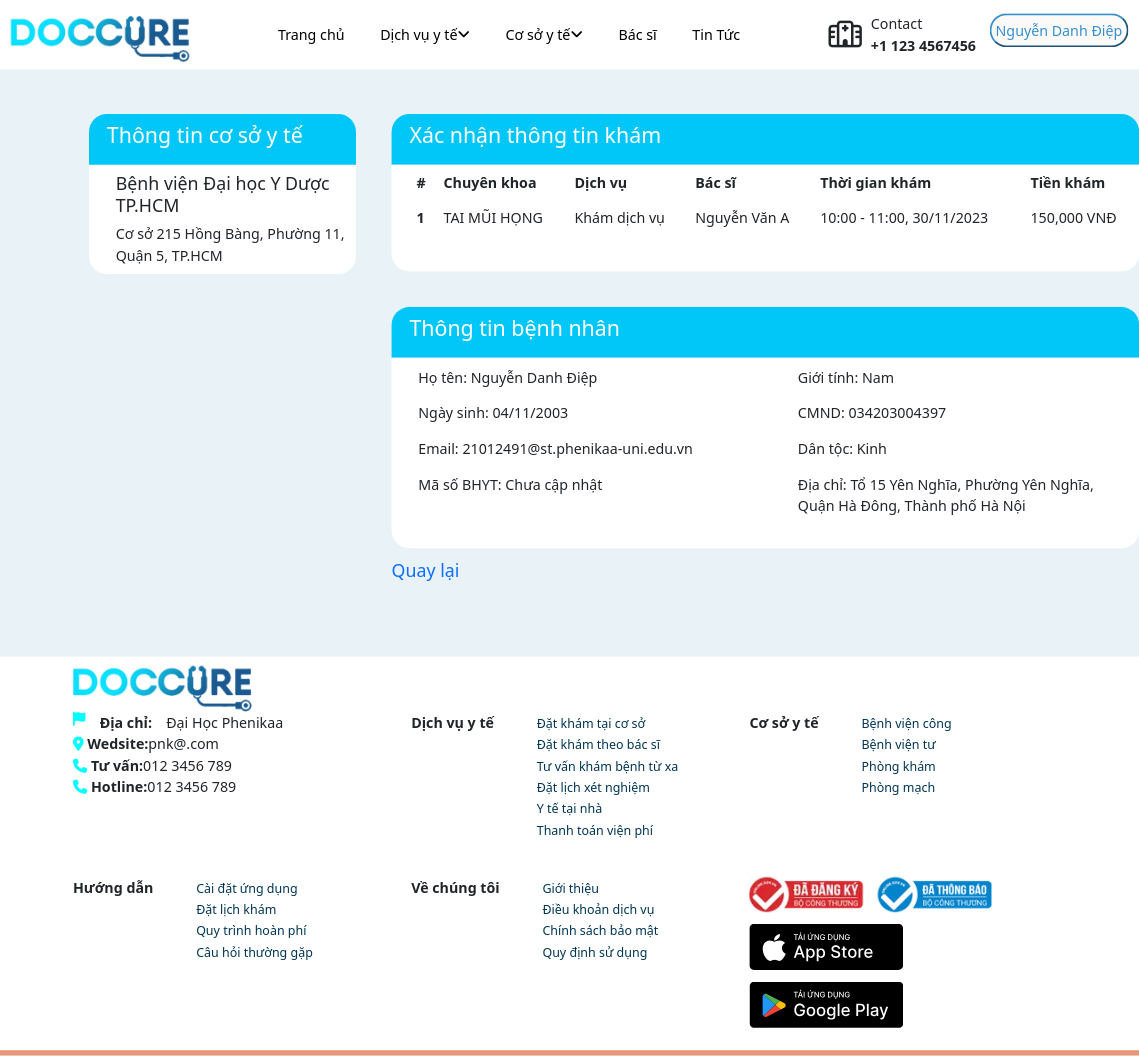
Repository: tuanminhh03/DACS-Complete
Page: http://localhost/web-user/lichkhamuser.php
These files come from the project's save history. The page is drawn as it stood at one moment and after the next save; the edit follows.
The browser window is 1280 px wide. The pictures show the whole page, at 89% of full size.
The page is run by PHP 8.4 with error messages shown; the project is at /var/www/html/.

Above is the page before, as saved 2023-11-11 17:57:47.

After the next save:
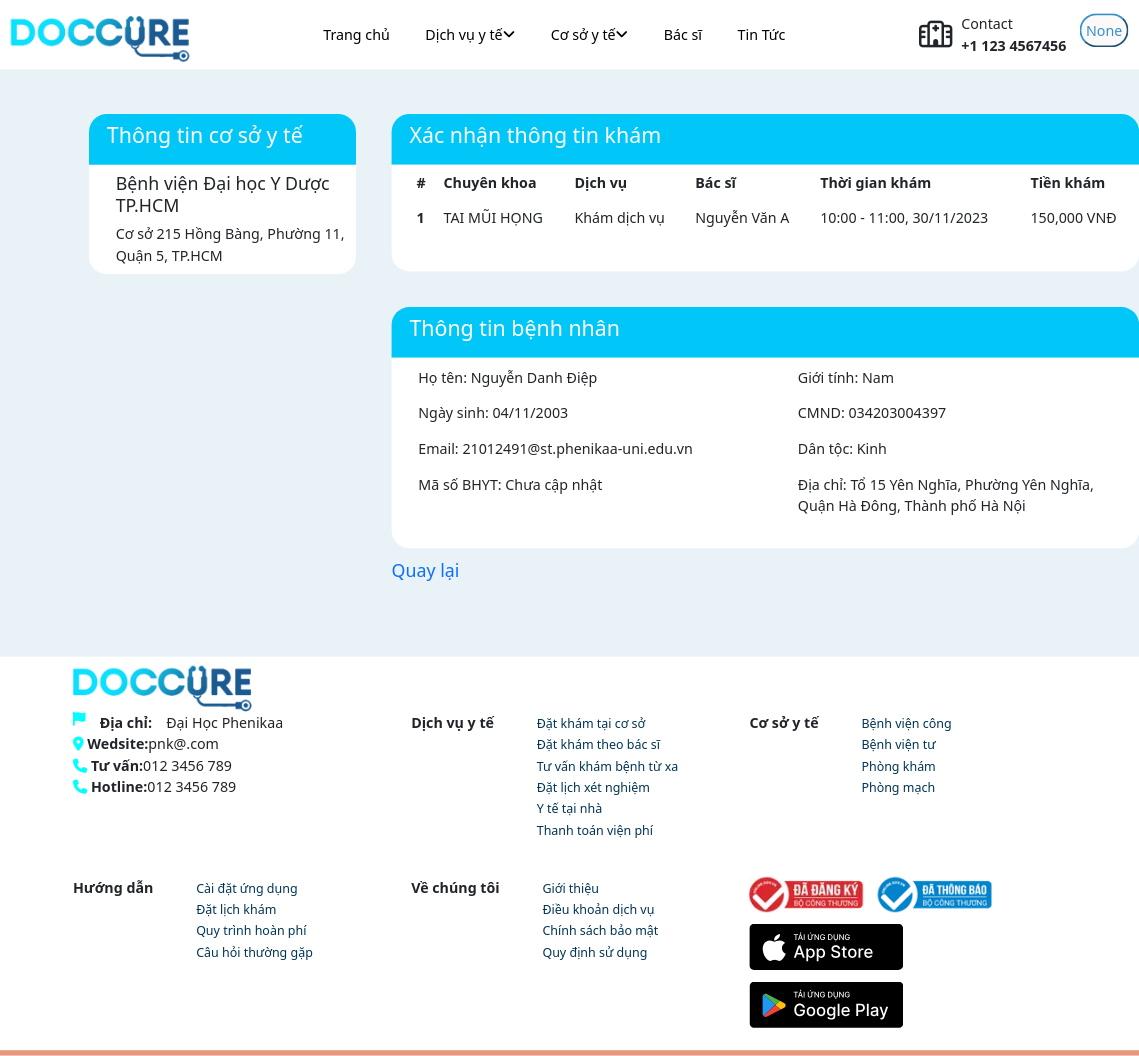
Saved 15 s later.
--- a/web-user/lichkhamuser.php
+++ b/web-user/lichkhamuser.php
@@ -1,5 +1,6 @@
 <!DOCTYPE html>
 <html lang="en">
+
 <head>
     <meta charset="UTF-8">
     <meta name="viewport" content="width=device-width, initial-scale=1.0">
@@ -9,6 +10,7 @@
     <link rel="stylesheet" href="./assest/css/xacnhan.css">
     <title>Document</title>
 </head>
+
 <body>
     <!-- Header -->
     <header class="doccure_header">
@@ -29,11 +31,11 @@
                         <li class="menu_item">
                             <a href="service.html">Dịch vụ y tế<i class="fa-solid fa-angle-down"></i></a>
                             <div class="subnav" style="width: 160px;">
-                                    <a href="./service.html">Đặt khám tại cơ sở</a>
-                                    <a href="./service2.html">Đặt khám theo bác sĩ</a>
-                                    <a href="#">Tư vấn khám bệnh từ xa</a>
-                                    <a href="./service3.html">Đặt lịch xét nghiệm</a>
-                                    <a href="#">Y tế tại nhà</a>
+                                <a href="./service.html">Đặt khám tại cơ sở</a>
+                                <a href="./service2.html">Đặt khám theo bác sĩ</a>
+                                <a href="#">Tư vấn khám bệnh từ xa</a>
+                                <a href="./service3.html">Đặt lịch xét nghiệm</a>
+                                <a href="#">Y tế tại nhà</a>
                             </div>
                         </li>
                         <li class="menu_item">
@@ -62,13 +64,27 @@
                                 <p class="contact_info_header"><b>+1 123 4567456</b></p>
                             </div>
                             <div class="style_user">
-                                <button class="user">Nguyễn Danh Điệp</button>
+                                <button class="user">
+                                    <?php
+                                    session_start();
+                                    if (isset($_SESSION["username"])) {
+                                        echo $_SESSION["username"];
+                                    } else {
+                                        echo "None";
+                                    }
+                                    ?>
+                                </button>
                                 <div class="subnav">
-                                    <a href="./thongtincanhan.html"><i class="fa-solid fa-address-card" style="margin-right: 15px;"></i>Hồ Sơ Bệnh Nhân</a>
-                                    <a href="./lichkhamuser.html"><i class="fa-solid fa-calendar-days" style="margin-right: 15px;"></i>Lịch Khám Bệnh</a>
-                                    <a href="#"><i class="fa-solid fa-bell" style="margin-right: 15px;"></i>Thông báo</a>
-                                    <a href="./updatehosobenhan.html"><i class="fa-solid fa-pen-to-square" style="margin-right: 15px;"></i>Cập nhập hồ sơ</a>
-                                    <a href="#" style="color: #e10e0e;"><i class="fa-solid fa-right-from-bracket" style="color: #e10e0e;margin-right: 15px;"></i>Đăng xuất</a>
+                                    <a href="./thongtincanhan.html"><i class="fa-solid fa-address-card"
+                                            style="margin-right: 15px;"></i>Hồ Sơ Bệnh Nhân</a>
+                                    <a href="./lichkhamuser.html"><i class="fa-solid fa-calendar-days"
+                                            style="margin-right: 15px;"></i>Lịch Khám Bệnh</a>
+                                    <a href="#"><i class="fa-solid fa-bell" style="margin-right: 15px;"></i>Thông
+                                        báo</a>
+                                    <a href="./updatehosobenhan.html"><i class="fa-solid fa-pen-to-square"
+                                            style="margin-right: 15px;"></i>Cập nhập hồ sơ</a>
+                                    <a href="#" style="color: #e10e0e;"><i class="fa-solid fa-right-from-bracket"
+                                            style="color: #e10e0e;margin-right: 15px;"></i>Đăng xuất</a>
                                 </div>
                             </div>
                         </div>
@@ -139,7 +155,9 @@
                     </div>
                     <div style="display: flex;">
                         <div class="right3">
-                        <a href="" style=" text-decoration: none; "><p style="font-size: 20px;">Quay lại</p></a>
+                            <a href="" style=" text-decoration: none; ">
+                                <p style="font-size: 20px;">Quay lại</p>
+                            </a>
                         </div>
                     </div>
                 </div>
@@ -162,14 +180,14 @@
                                     <strong>Địa chỉ:</strong>Đại Học Phenikaa
                                 </div>
                                 <div class="doccure-address">
-                                    <i class="fas fa-map-marker-alt"style="color: aqua;"></i>
+                                    <i class="fas fa-map-marker-alt" style="color: aqua;"></i>
                                     <strong>Wedsite:</strong>pnk@.com
                                 </div>
                                 <div class="doccure-address-hotline">
-                                    <i class="fas fa-phone"style="color: aqua;"></i>
+                                    <i class="fas fa-phone" style="color: aqua;"></i>
                                     <strong>Tư vấn:</strong>012 3456 789
                                     <br>
-                                    <i class="fas fa-phone"style="color: aqua;"></i>
+                                    <i class="fas fa-phone" style="color: aqua;"></i>
                                     <strong>Hotline:</strong>012 3456 789
                                 </div>
                             </div>
@@ -246,8 +264,9 @@
     </div>
     <footer>
 
-      </footer>
+    </footer>
     <script src="./boostrap/bootstrap.min.js"></script>
     <script src="./jquery/code.jquery.com_jquery-3.7.1.min.js"></script>
 </body>
+
 </html>
